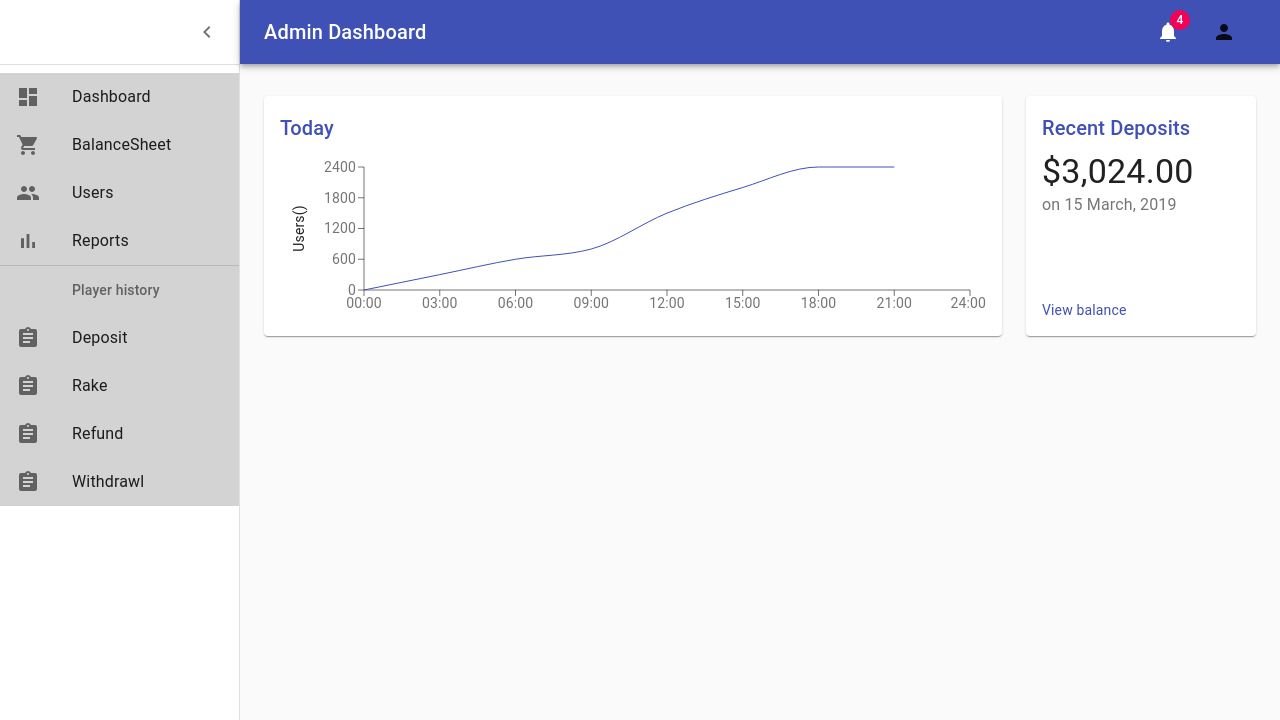
Repository: imayankbisht/ludofrontend
Page: /Dashboard
An editor plug-in stored every save of this project. The page is shown before and after a run of saves, followed by the edit.
The browser window is 1280 px wide. The pictures show the whole page.
The project was rebuilt for these pictures with package versions that can differ from the ones it lists, and the page was loaded fresh each time. Also part of the build but not shown: src/axios.js, src/components/login.js.

Above is the page before, as saved 2021-01-16 14:21:05.

### src/App.js
import React from 'react';
import './App.css';
import {
  BrowserRouter as Router,
  Switch,
  Route,
 Redirect
} from "react-router-dom";
// import SignInOutContainer from './containers';
import Dashboard from './components/Dashboard';
import Login from './components/login';
 function App() {
  return (
    <div className="App">
  <Router >
    <Switch>
      <Route path="/login" component={Login} />
      <Route path="/Dashboard" component={Dashboard} />
      <Redirect from="/" to="/login" />
    </Switch>
  </Router>
      </div>
  );
}


export default App;

### src/App.css
.App {
  /* text-align: center; */

}

.App-logo {
  height: 40vmin;
  pointer-events: none;
}

@media (prefers-reduced-motion: no-preference) {
  .App-logo {
    animation: App-logo-spin infinite 20s linear;
  }
}

.App-header {
  background-color: #282c34;
  min-height: 100vh;
  display: flex;
  flex-direction: column;
  align-items: center;
  justify-content: center;
  font-size: calc(10px + 2vmin);
  color: white;
}

.App-link {
  color: #61dafb;
}

@keyframes App-logo-spin {
  from {
    transform: rotate(0deg);
  }
  to {
    transform: rotate(360deg);
  }
}

### src/components/Dashboard.js
import React from 'react';
import clsx from 'clsx';
import { makeStyles } from '@material-ui/core/styles';
import CssBaseline from '@material-ui/core/CssBaseline';
import Drawer from '@material-ui/core/Drawer';
import Box from '@material-ui/core/Box';
import AppBar from '@material-ui/core/AppBar';
import Toolbar from '@material-ui/core/Toolbar';
import List from '@material-ui/core/List';
import Typography from '@material-ui/core/Typography';
import Divider from '@material-ui/core/Divider';
import IconButton from '@material-ui/core/IconButton';
import Badge from '@material-ui/core/Badge';
import Container from '@material-ui/core/Container';
import Grid from '@material-ui/core/Grid';
import Paper from '@material-ui/core/Paper';
// import Link from '@material-ui/core/Link';
import MenuIcon from '@material-ui/icons/Menu';
import ChevronLeftIcon from '@material-ui/icons/ChevronLeft';
import NotificationsIcon from '@material-ui/icons/Notifications';
import { mainListItems} from './listItems';
import Chart from './Chart';
import Deposits from './Deposits';
import MenuItem from "@material-ui/core/MenuItem";
import MenuList from "@material-ui/core/MenuList";
import Hidden from "@material-ui/core/Hidden";
import Grow from "@material-ui/core/Grow";
import Poppers from "@material-ui/core/Popper";
import ClickAwayListener from "@material-ui/core/ClickAwayListener";
import Person from "@material-ui/icons/Person";
import classNames from "classnames";
import Button from "@material-ui/core/Button";
import {Link} from 'react-router-dom';

const drawerWidth = 240;

const useStyles = makeStyles((theme) => ({
  root: {
    display: 'flex',
  },
  toolbar: {
    paddingRight: 24, // keep right padding when drawer closed
  },
  toolbarIcon: {
    display: 'flex',
    alignItems: 'center',
    justifyContent: 'flex-end',
    padding: '0 8px',
    ...theme.mixins.toolbar,
  },
  appBar: {
    zIndex: theme.zIndex.drawer + 1,
    transition: theme.transitions.create(['width', 'margin'], {
      easing: theme.transitions.easing.sharp,
      duration: theme.transitions.duration.leavingScreen,
    }),
  },
  appBarShift: {
    marginLeft: drawerWidth,
    width: `calc(100% - ${drawerWidth}px)`,
    transition: theme.transitions.create(['width', 'margin'], {
      easing: theme.transitions.easing.sharp,
      duration: theme.transitions.duration.enteringScreen,
    }),
  },
  menuButton: {
    marginRight: 36,
  },
  menuButtonHidden: {
    display: 'none',
  },
  title: {
    flexGrow: 1,
  },
  drawerPaper: {
    position: 'relative',
    whiteSpace: 'nowrap',
    width: drawerWidth,
    transition: theme.transitions.create('width', {
      easing: theme.transitions.easing.sharp,
      duration: theme.transitions.duration.enteringScreen,
    }),
  },
  drawerPaperClose: {
    overflowX: 'hidden',
    transition: theme.transitions.create('width', {
      easing: theme.transitions.easing.sharp,
      duration: theme.transitions.duration.leavingScreen,
    }),
    width: theme.spacing(7),
    [theme.breakpoints.up('sm')]: {
      width: theme.spacing(9),
    },
  },
  appBarSpacer: theme.mixins.toolbar,
  content: {
    flexGrow: 1,
    height: '100vh',
    overflow: 'auto',
  },
  container: {
    paddingTop: theme.spacing(4),
    paddingBottom: theme.spacing(4),
  },
  paper: {
    padding: theme.spacing(2),
    display: 'flex',
    overflow: 'auto',
    flexDirection: 'column',
  },
  fixedHeight: {
    height: 240,
  },
}));

 function Dashboard() {
  const classes = useStyles();
  const [open, setOpen] = React.useState(true);
  const [openProfile, setOpenProfile] = React.useState(null);
  const handleClickProfile = event => {
    if (openProfile && openProfile.contains(event.target)) {
      setOpenProfile(null);
    } else {
      setOpenProfile(event.currentTarget);
    }
  };
  const handleCloseProfile = () => {
    setOpenProfile(null);
  };
  const handleDrawerOpen = () => {
    setOpen(true);
  };
  const handleDrawerClose = () => {
    setOpen(false);
  };
  const fixedHeightPaper = clsx(classes.paper, classes.fixedHeight);

  return (
    <div className={classes.root}>
      <CssBaseline />
      <AppBar position="absolute" className={clsx(classes.appBar, open && classes.appBarShift)}>
        <Toolbar className={classes.toolbar}>
          <IconButton
            edge="start"
            color="inherit"
            aria-label="open drawer"
            onClick={handleDrawerOpen}
            className={clsx(classes.menuButton, open && classes.menuButtonHidden)}
          >
            <MenuIcon />
          </IconButton>
          <Typography component="h1" variant="h6" color="inherit" noWrap className={classes.title}>
          Admin Dashboard
          </Typography>
          <IconButton color="inherit">
            <Badge badgeContent={4} color="secondary">
              <NotificationsIcon />
            </Badge>
          </IconButton>
          <Button
          color={window.innerWidth > 959 ? "transparent" : "white"}
          justIcon={window.innerWidth > 959}
          simple={!(window.innerWidth > 959)}
          aria-owns={openProfile ? "profile-menu-list-grow" : null}
          aria-haspopup="true"
          onClick={handleClickProfile}
          className={classes.buttonLink}
        >
          <Person className={classes.icons} />
          <Hidden mdUp implementation="css">
            <p className={classes.linkText}>Profile</p>
          </Hidden>
        </Button>
        <Poppers
          open={Boolean(openProfile)}
          anchorEl={openProfile}
          transition
          disablePortal
          className={
            classNames({ [classes.popperClose]: !openProfile }) +
            " " +
            classes.popperNav
          }
        >
          {({ TransitionProps, placement }) => (
            <Grow
              {...TransitionProps}
              id="profile-menu-list-grow"
              style={{
                transformOrigin:
                  placement === "bottom" ? "center top" : "center bottom"
              }}
            >
              <Paper>
                <ClickAwayListener onClickAway={handleCloseProfile}>
                  <MenuList role="menu">
                    <MenuItem
                      onClick={handleCloseProfile}
                      className={classes.dropdownItem}
                    >
                      Profile
                    </MenuItem>
                    <MenuItem
                      onClick={handleCloseProfile}
                      className={classes.dropdownItem}
                    >
                      Settings
                    </MenuItem>
                    <Divider light />
                    <Link to="login">
                    <MenuItem
                      onClick={handleCloseProfile}
                      className={classes.dropdownItem}
                    >
                      Logout
                    </MenuItem>
                    </Link>
                  </MenuList>
                </ClickAwayListener>
              </Paper>
            </Grow>
          )}
        </Poppers>
        </Toolbar>
      </AppBar>
      <Drawer
        variant="permanent"
        classes={{
          paper: clsx(classes.drawerPaper, !open && classes.drawerPaperClose),
        }}
        open={open}
      >
        <div className={classes.toolbarIcon}>
          <IconButton onClick={handleDrawerClose}>
            <ChevronLeftIcon />
          </IconButton>
        </div>
        <Divider />
        <List>{mainListItems}</List>

        {/* <List>{secondaryListItems}</List> */}
      </Drawer>
      <main className={classes.content}>
        <div className={classes.appBarSpacer} />
        <Container maxWidth="lg" className={classes.container}>
          <Grid container spacing={3}>
            {/* Chart */}
            <Grid item xs={12} md={8} lg={9}>
              <Paper className={fixedHeightPaper}>
                <Chart />
              </Paper>
            </Grid>
            {/* Recent Deposits */}
            <Grid item xs={12} md={4} lg={3}>
              <Paper className={fixedHeightPaper}>
                <Deposits />
              </Paper>
            </Grid>

          </Grid>

        </Container>
      </main>
    </div>
  );
}
export default Dashboard;

### src/components/listItems.js
import React from 'react';
import ListItem from '@material-ui/core/ListItem';
import ListItemIcon from '@material-ui/core/ListItemIcon';
import ListItemText from '@material-ui/core/ListItemText';
import ListSubheader from '@material-ui/core/ListSubheader';
import DashboardIcon from '@material-ui/icons/Dashboard';
import ShoppingCartIcon from '@material-ui/icons/ShoppingCart';
import PeopleIcon from '@material-ui/icons/People';
import BarChartIcon from '@material-ui/icons/BarChart';
import LayersIcon from '@material-ui/icons/Layers';
import AssignmentIcon from '@material-ui/icons/Assignment';
import Box from '@material-ui/core/Box';
import Divider from '@material-ui/core/Divider';

export const mainListItems = (
  <Box bgcolor="lightgray">
  <div>

   <ListItem button>
      <ListItemIcon>
        <DashboardIcon />
      </ListItemIcon>
      <ListItemText primary="Dashboard" />
    </ListItem>
    <ListItem button>
      <ListItemIcon>
        <ShoppingCartIcon />
      </ListItemIcon>
      <ListItemText primary="BalanceSheet" />
    </ListItem>
    <ListItem button>
      <ListItemIcon>
        <PeopleIcon />
      </ListItemIcon>
      <ListItemText primary="Users" />
    </ListItem>
    <ListItem button>
      <ListItemIcon>
        <BarChartIcon />
      </ListItemIcon>
      <ListItemText primary="Reports" />
    </ListItem>
    <Divider />
    <ListSubheader inset>Player history</ListSubheader>
    <ListItem button>
      <ListItemIcon>
        <AssignmentIcon />
      </ListItemIcon>
      <ListItemText primary="Deposit" />
    </ListItem>
    <ListItem button>
      <ListItemIcon>
        <AssignmentIcon />
      </ListItemIcon>
      <ListItemText primary="Rake" />
    </ListItem>
    <ListItem button>
      <ListItemIcon>
        <AssignmentIcon />
      </ListItemIcon>
      <ListItemText primary="Refund" />
    </ListItem>
    <ListItem button>
      <ListItemIcon>
        <AssignmentIcon />
      </ListItemIcon>
      <ListItemText primary="Withdrawl" />
    </ListItem>


  </div>
  </Box>
);

// export const secondaryListItems = (
//   <div>
//     <ListSubheader inset>Player history</ListSubheader>
//     <ListItem button>
//       <ListItemIcon>
//         <AssignmentIcon />
//       </ListItemIcon>
//       <ListItemText primary="Deposit" />
//     </ListItem>
//     <ListItem button>
//       <ListItemIcon>
//         <AssignmentIcon />
//       </ListItemIcon>
//       <ListItemText primary="Rake" />
//     </ListItem>
//     <ListItem button>
//       <ListItemIcon>
//         <AssignmentIcon />
//       </ListItemIcon>
//       <ListItemText primary="Refund" />
//     </ListItem>
//     <ListItem button>
//       <ListItemIcon>
//         <AssignmentIcon />
//       </ListItemIcon>
//       <ListItemText primary="Withdrawl" />
//     </ListItem>
//   </div>
// );

### src/components/Chart.js
import React from 'react';
import { useTheme } from '@material-ui/core/styles';
import { LineChart, Line, XAxis, YAxis, Label, ResponsiveContainer } from 'recharts';
import Title from './Title';

// Generate Sales Data
function createData(time, amount) {
  return { time, amount };
}

const data = [
  createData('00:00', 0),
  createData('03:00', 300),
  createData('06:00', 600),
  createData('09:00', 800),
  createData('12:00', 1500),
  createData('15:00', 2000),
  createData('18:00', 2400),
  createData('21:00', 2400),
  createData('24:00', undefined),
];

export default function Chart() {
  const theme = useTheme();

  return (
    <React.Fragment>
      <Title>Today</Title>
      <ResponsiveContainer>
        <LineChart
          data={data}
          margin={{
            top: 16,
            right: 16,
            bottom: 0,
            left: 24,
          }}
        >
          <XAxis dataKey="time" stroke={theme.palette.text.secondary} />
          <YAxis stroke={theme.palette.text.secondary}>
            <Label
              angle={270}
              position="left"
              style={{ textAnchor: 'middle', fill: theme.palette.text.primary }}
            >
              Users()
            </Label>
          </YAxis>
          <Line type="monotone" dataKey="amount" stroke={theme.palette.primary.main} dot={false} />
        </LineChart>
      </ResponsiveContainer>
    </React.Fragment>
  );
}

### src/components/Deposits.js
import React from 'react';
import Link from '@material-ui/core/Link';
import { makeStyles } from '@material-ui/core/styles';
import Typography from '@material-ui/core/Typography';
import Title from './Title';

function preventDefault(event) {
  event.preventDefault();
}

const useStyles = makeStyles({
  depositContext: {
    flex: 1,
  },
});

export default function Deposits() {
  const classes = useStyles();
  return (
    <React.Fragment>
      <Title>Recent Deposits</Title>
      <Typography component="p" variant="h4">
        $3,024.00
      </Typography>
      <Typography color="textSecondary" className={classes.depositContext}>
        on 15 March, 2019
      </Typography>
      <div>
        <Link color="primary" href="#" onClick={preventDefault}>
          View balance
        </Link>
      </div>
    </React.Fragment>
  );
}

Loaded but not shown: public/index.html (common file); src/index.js (common file); src/index.css (common file); src/serviceWorker.js (common file); src/components/Title.js (common file)

After the next 7 saves:
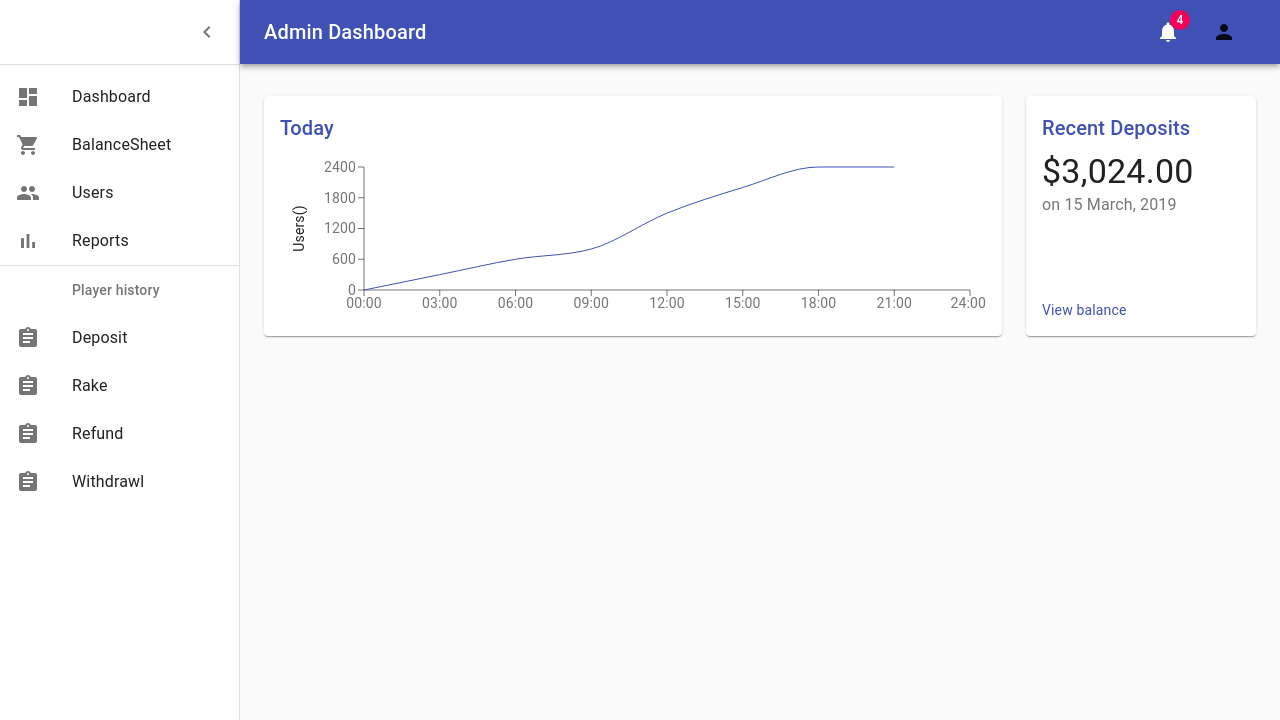
The 7 saves are shown as one change because they came seconds apart.
The last was saved 3 min 34 s later.
--- a/src/components/listItems.js
+++ b/src/components/listItems.js
@@ -13,7 +13,7 @@ import Box from '@material-ui/core/Box';
 import Divider from '@material-ui/core/Divider';
 
 export const mainListItems = (
-  <Box bgcolor="lightgray">
+  <Box bgcolor="gray:A700">
   <div>
 
    <ListItem button>
